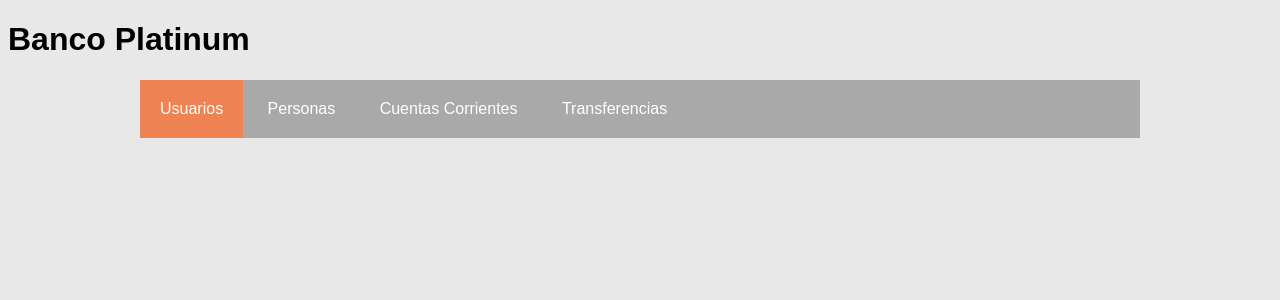
Repository: miguelalvarezcl/examen
Page: http://localhost/CtaCorriente/home.jsp
The author's editor kept a copy of each file at every save. The page is drawn from the files as they stood at one save, then again after the next save.
The browser window is 1280 px wide. The pictures show the whole page.
The pointer rests on the first visible `.menu li a`.
The page is served by Tomcat 9.

Above is the page before, as saved 2021-11-12 22:32:05.

After the next save:
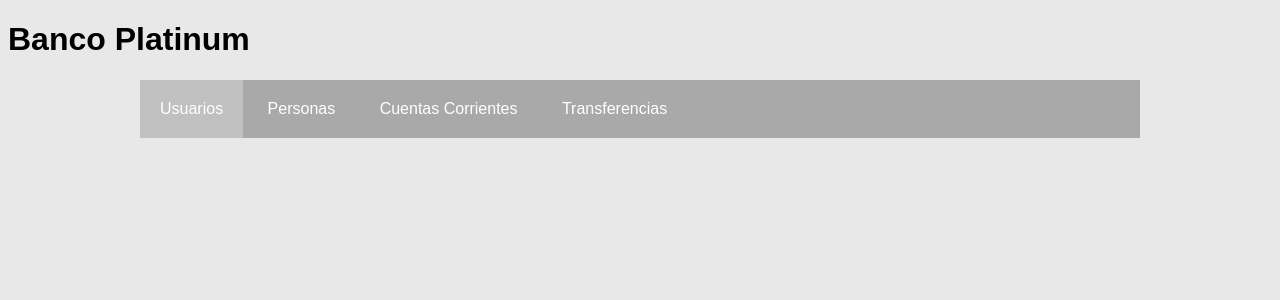
Saved 48 s later.
--- a/CtaCorriente/WebContent/home.jsp
+++ b/CtaCorriente/WebContent/home.jsp
@@ -49,7 +49,7 @@ body{
 }
 
 .menu li a:hover{
-	background: #ef8354;
+	background: #C0C0C0;
 }
 
 
